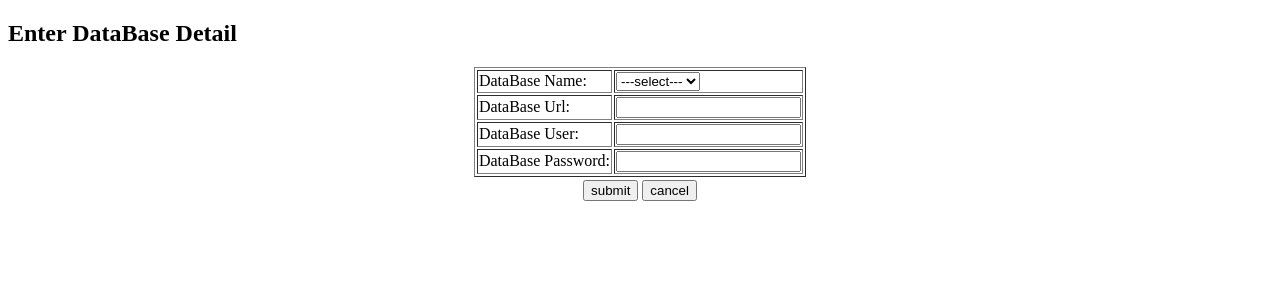
Repository: manish1905/MetaData_Details
Page: http://localhost/MetaData_Details/dbDetails
These files come from the project's save history. The page is drawn as it stood at one moment and after the next save; the edit follows.
The browser window is 1280 px wide. The pictures show the whole page.
The page is served by Tomcat 9. Other server files are loaded and not shown.

Above is the page before, as saved 2018-12-28 10:21:15.

### MetaData_Details/web/WEB-INF/jsps/dbDetail.jsp
<%@ page language="java" contentType="text/html; charset=ISO-8859-1"
    pageEncoding="ISO-8859-1"%>
    <%@ taglib prefix="form" uri="http://www.springframework.org/tags/form"%>

<!DOCTYPE html PUBLIC "-//W3C//DTD HTML 4.01 Transitional//EN" "http://www.w3.org/TR/html4/loose.dtd">
<html>
<head>
<meta charset="ISO-8859-1">
<title>DataBase Data</title>
<script  type="text/javascript">
	function inputField()
	{
		confirm("inside change field");
		 var selectItem=document.getElementById("dbName").value;
		 confirm(selectItem);
		if(selectItem=='OracleDB')
		{
			confirm("inside if");
			document.getElementById("url").value='jdbc:oracle:thin:@';
		}
		 if(selectItem=='SQL')
			{
			document.getElementById("url").value='jdbc:mysql://';
			}
		if(selectItem=='DB2')
			{
			document.getElementById("url").value='jdbc:db2:';
			}
			if(selectItem=='Sybase')
				{
				document.getElementById("url").value='jdbc:sybase:Tds:';
				}
	}
</script>
</head>


<body>


	<form:form method="POST" action="dbDetailSuccess" modelAttribute="dataBaseBean">
	<h2>Enter DataBase Detail</h2>
	<table align="center" border="1">
	<tr>
	<td>DataBase Name:</td>
	<td><form:select path="dbName" onchange="javascript:inputField()" id="dbName">
	<form:option value="None" label="---select---"/>
	<form:option value="OracleDB" label="OracleDB"/>
	<form:option value="SQL" label="SQL"/>
	<form:option value="DB2" label="DB2"/>
	<form:option value="Sybase" label="Sybase"/>
	</form:select></td>
	</tr>
	<tr>
	<td>DataBase Url:</td>
	<td><form:input name="url" path="url" id="url"/></td>
	</tr>
	<tr>
	<td>DataBase User:</td>
	<td><form:input name="user" path="user"/></td>
	</tr>
	<tr>
	<td>DataBase Password:</td>
	<td><form:password name="password" path=""/></td>
	</tr>

	</table>
	<table align="center">
	<tr>
	<td><input type="submit" value="submit"/></td>
	<td><input type="submit" value="cancel"/></td>
	</tr>
	</table>
	</form:form>
</body>
</html>

After the next save:
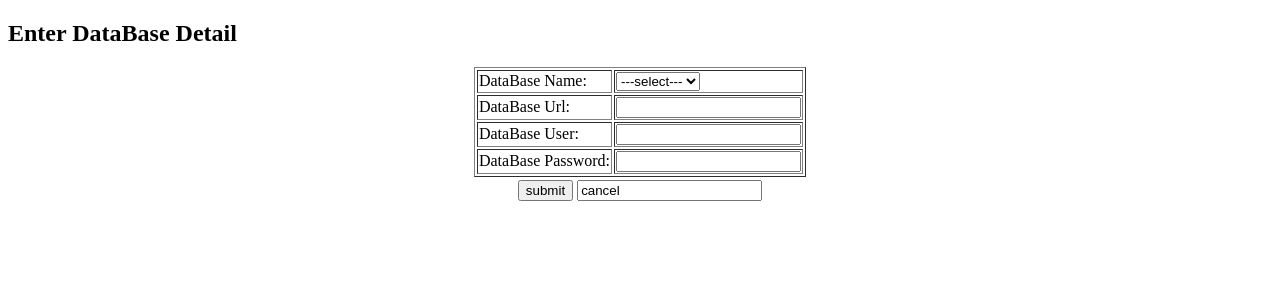
Saved 6 min 39 s later.
--- a/MetaData_Details/web/WEB-INF/jsps/dbDetail.jsp
+++ b/MetaData_Details/web/WEB-INF/jsps/dbDetail.jsp
@@ -68,7 +68,7 @@
 	<table align="center">
 	<tr>
 	<td><input type="submit" value="submit"/></td>
-	<td><input type="submit" value="cancel"/></td>
+	<td><input type="clear" value="cancel"/></td>
 	</tr>
 	</table>
 	</form:form>

After the 2 saves that followed:
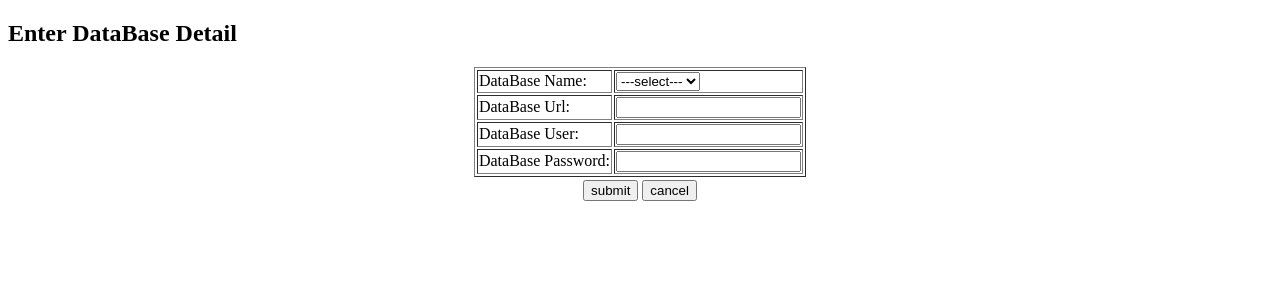
The 2 saves are shown as one change because 1 left the picture as it was.
The last was saved 19 s later.
--- a/MetaData_Details/web/WEB-INF/jsps/dbDetail.jsp
+++ b/MetaData_Details/web/WEB-INF/jsps/dbDetail.jsp
@@ -68,7 +68,7 @@
 	<table align="center">
 	<tr>
 	<td><input type="submit" value="submit"/></td>
-	<td><input type="clear" value="cancel"/></td>
+	<td><input type="button" value="cancel"/></td>
 	</tr>
 	</table>
 	</form:form>
